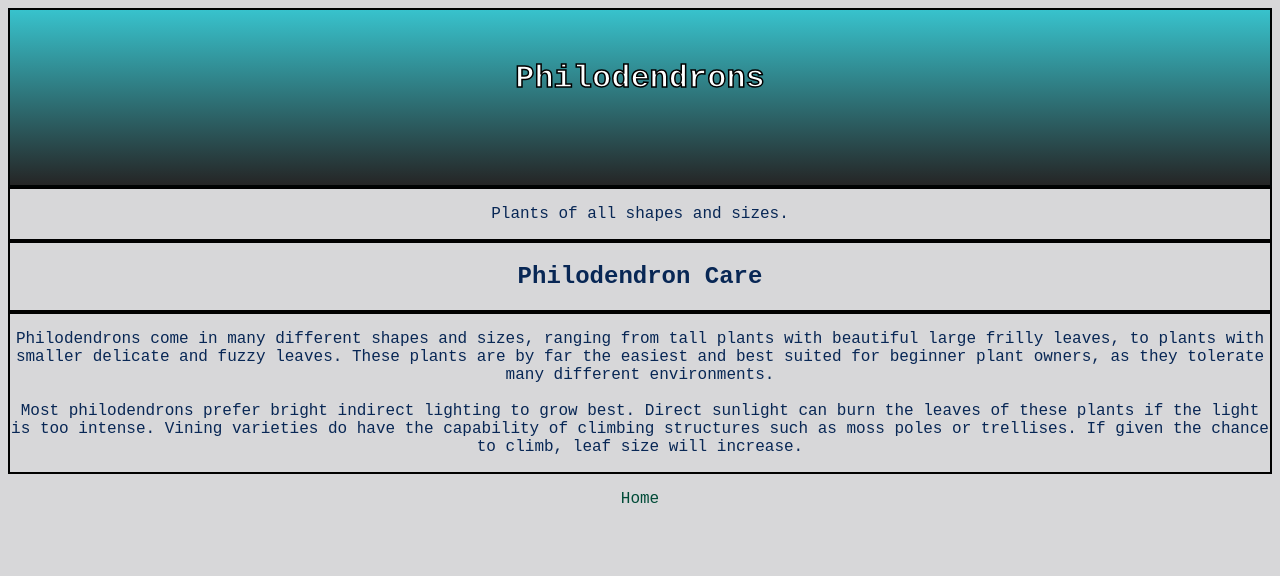
Repository: swillis91/odin-recipies
Page: Planty Page/philodendrons.html
These files come from the project's save history. The page is drawn as it stood at one moment and after the next save; the edit follows.
The browser window is 1280 px wide. The pictures show the whole page.

Above is the page before, as saved 2023-08-14 23:37:14.

After the next save:
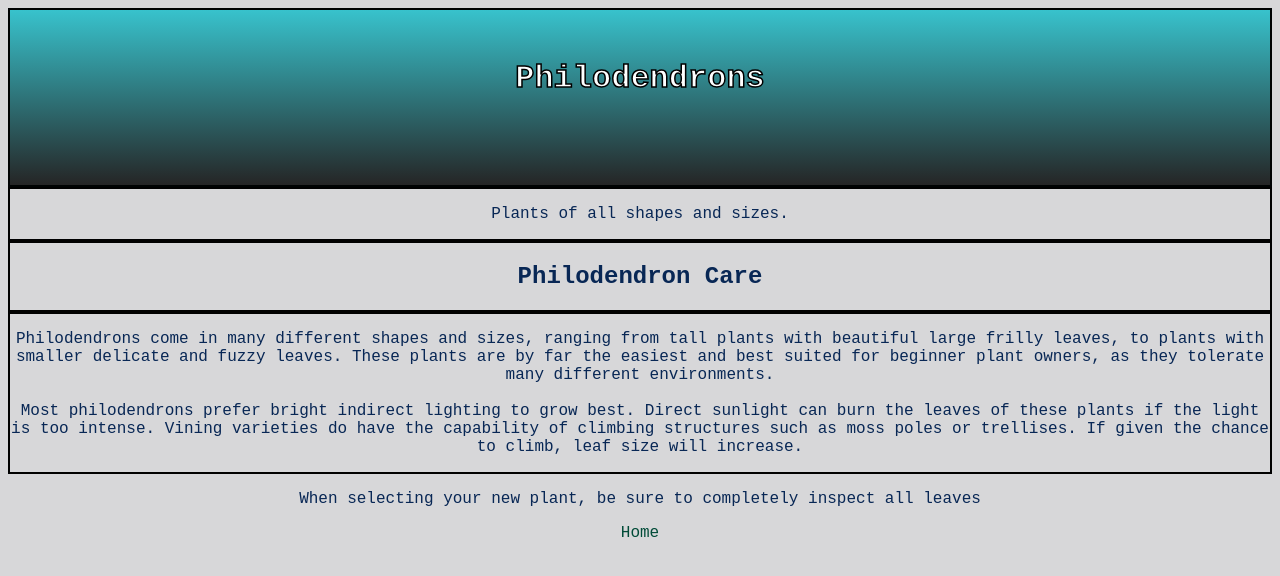
Saved 2 min 43 s later.
--- a/Planty Page/philodendrons.html
+++ b/Planty Page/philodendrons.html
@@ -18,8 +18,10 @@
                 <p class="care">Philodendrons come in many different shapes and sizes, ranging from tall plants with beautiful large frilly leaves, to plants with smaller delicate and fuzzy leaves. These plants are by far the easiest and best suited for beginner plant owners, as they tolerate many different environments.
                 <br>
                 <br>
-                Most philodendrons prefer bright indirect lighting to grow best. Direct sunlight can burn the leaves of these plants if the light is too intense. Vining varieties do have the capability of climbing structures such as moss poles or trellises. If given the chance to climb, leaf size will increase.
-            </p>
+                Most philodendrons prefer bright indirect lighting to grow best. Direct sunlight can burn the leaves of these plants if the light is too intense. Vining varieties do have the capability of climbing structures such as moss poles or trellises. If given the chance to climb, leaf size will increase.</p>
+            </div>
+            <div>
+                <p>When selecting your new plant, be sure to completely inspect all leaves</p>
             </div>
               </p>
                 <!--img src="./Images/makoyana.webp" id="calathea makoyana" width="700px"-->
